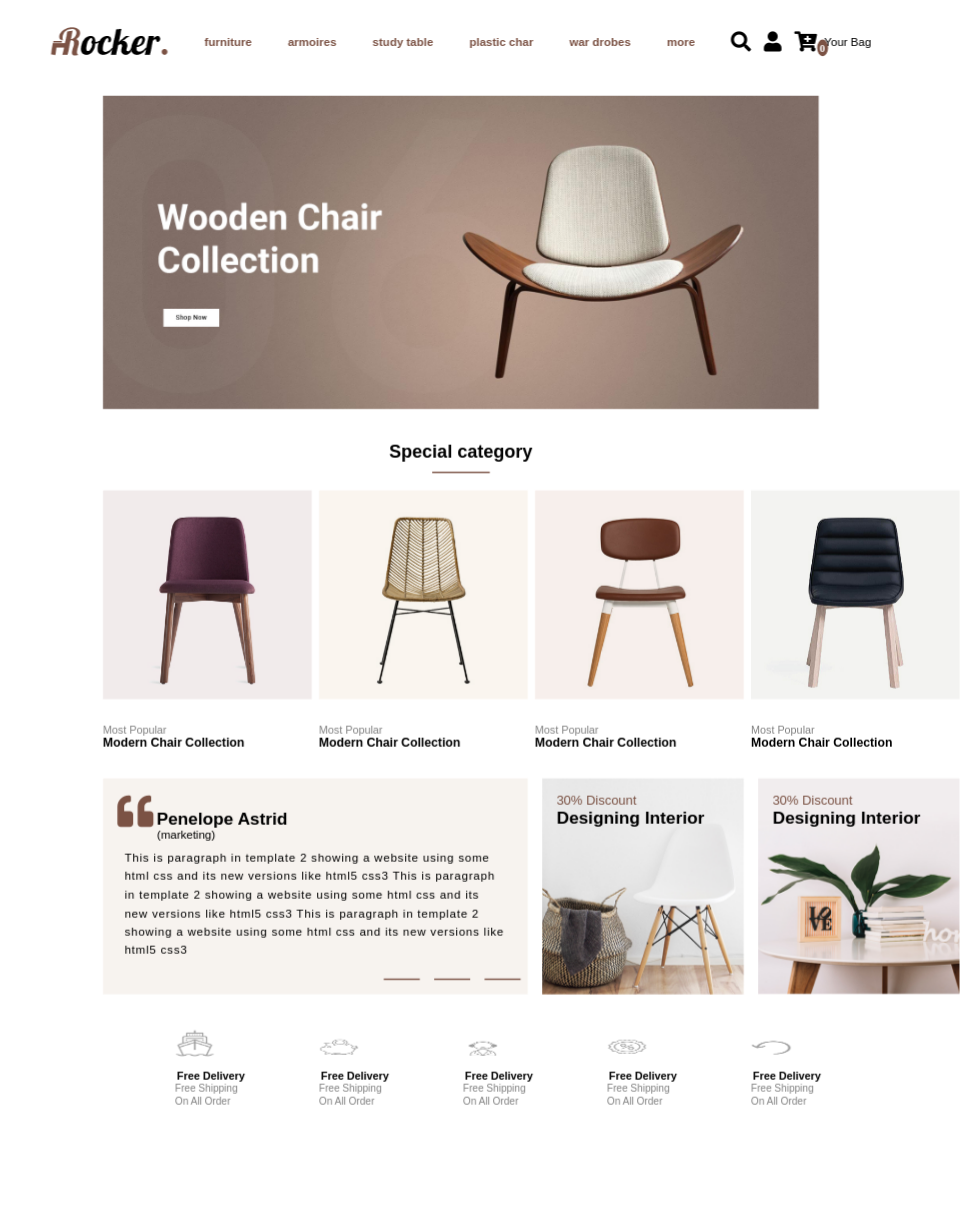
Repository: Ahmed123rezk123/p2-template
Page: index.html
These files come from the project's save history. The page is drawn as it stood at one moment and after the next save; the edit follows.
The browser window is 1280 px wide. The page is 1333 px wide, then 1343 px, so the pictures cover 1343 px, including what lies to the right of the window. The pictures show the whole page, at 72% of full size.

Above is the page before, as saved 2024-01-24 22:44:41.

### index.html
<!DOCTYPE html>
<html lang="en">
<head>
   <meta charset="UTF-8">
    <title>Project2</title>
  <link rel="stylesheet" href="css/style.css">
  <link rel="stylesheet" href="css/all.css">
</head>
<body>
    <!-- Header -->
    <header>
        <div class="container">
        <div class="logo">
            <a href="#"><img src="images/logo.png" alt="LOGO"></a>
        </div>
        <nav>
            <ul>
                <li><a href="#" class="active">furniture</a></li>
                <li><a href="#">armoires</a></li>
                <li><a href="#">study table</a></li>
                <li><a href="#">plastic char</a></li>
                <li><a href="#">war drobes</a></li>
                <li><a href="#">more</a></li>
            </ul>
            <div class="icons">
            <i class="fas fa-search"></i>
            <i class="fas fa-user"></i>
            <i class="fas fa-cart-plus i3"></i>
            </div>
        <span>Your Bag</span>
        </nav>
        </div>
    </header>
    <!-- Start Section 1 -->
    <section class="section1">
        <div class="container">
            <img src="images/main-banner-1-1600x700.jpg" alt="">
        </div>
    </section>
    <!-- End Section 1 -->
    <!-- Start Section 2 -->
    <section class="section2">
        <div class="container">
            <div class="div">
            <h2 class="specail">Special category</h2>
            <div class="line"></div>
            </div>
           <div class="parent1">
            <div class="div1">
                <img src="images/category-banner1.jpg" alt="">
                <p>Most Popular</p>
            <h3>Modern Chair Collection</h3>
            </div>
            <div class="div2">
                <img src="images/category-banner2.jpg" alt="">
                <p>Most Popular</p>
                <h3>Modern Chair Collection</h3></div>
            <div class="div3">
                <img src="images/category-banner3.jpg" alt="">
                <p>Most Popular</p>
                <h3>Modern Chair Collection</h3>
            </div>
            <div class="div4">
                <img src="images/category-banner4.jpg" alt="">
                <p>Most Popular</p>
                <h3>Modern Chair Collection</h3>
            </div>
            <div class="div5">
                <i class="fas fa-quote-left comma"></i>
                <h2>Penelope Astrid</h2>
                <span>(marketing)</span>
                <p>This is paragraph in template 2 showing a website using some html css and its new versions like html5 css3 This is paragraph in template 2 showing a website using some html css and its new versions like html5 css3 This is paragraph in template 2 showing a website using some html css and its new versions like html5 css3</p>
                <div class="child"></div>
            </div>
            <div class="div6"></div>
            <div class="div7">
                <p>30% Discount</p>
                <h2>Designing Interior</h2>
            </div>
            <div class="div8">
                <p>30% Discount</p>
                <h2>Designing Interior</h2>
            </div>
            <div class="parent2">
                <div class="div1-1">
                    <img src="images/icon1-1.png" alt="">
                    <div class="content-div1">
                    <h3>Free Delivery</h3>
                    <span>Free Shipping On All Order</span>
                </div>
                </div>
                <div class="div2-1">
                    <img src="images/icon2-1.png" alt="">
                    <div class="content-div2">
                        <h3>Free Delivery</h3>
                        <span>Free Shipping On All Order</span>
                    </div>
                </div>
                <div class="div3-1">
                    <img src="images/icon3-1.png" alt="">
                    <div class="content-div3">
                        <h3>Free Delivery</h3>
                        <span>Free Shipping On All Order</span>
                    </div>
                </div>
                <div class="div4-1">
                    <img src="images/icon4-1.png" alt="">
                    <div class="content-div4">
                        <h3>Free Delivery</h3>
                        <span>Free Shipping On All Order</span>
                    </div>
                </div>
                <div class="div5-1">
                    <img src="images/icon5-1.png" alt="">
                    <div class="content-div5">
                        <h3>Free Delivery</h3>
                        <span>Free Shipping On All Order</span>
                    </div>
                </div>
            </div>
           </div>
        </div>
    </section>
    <!-- End Section 2 -->
</body>
</html>

### css/style.css
/* Start variables */
:root {
    --maincolor: #7b5244;
    --subcolor: #333;
}
/* End variables */
/* Start Global Rules   */
* {
    -webkit-box-sizing: border-box;
    -moz-box-sizing: border-box;
    box-sizing: border-box;
   padding: 0;
   margin: 0;
}
body {
    font-family: Arial, Helvetica, sans-serif;
    perspective: 700px;
    transform-style: preserve-3d;
}
html {
    scroll-behavior: smooth;
}
ul {
    list-style: none;
}
.container {
    width: 80%;
    padding-left: 15px;
    padding-right: 15px;
    margin-left: auto;
    margin-right: auto;
}

/* Small */

@media(min-width: 768px) {
    .container {
       width: 750px;
    }
}

/* Medium */

@media(min-width: 992px) {
    .container {
        width: 970px;
    }
}

/* Large  */

@media(min-width: 1200px) {
    .container {
        width: 1170px;
    }
}
/* End Global Rules   */
/* Start Header */
header .container {
    display: flex;
    justify-content: space-between;
    align-items: center;
    position: relative;
    min-height: 97px;
 }
 header nav {
    flex: 1;
    display: flex;
    align-items: center;
    justify-content: flex-end;
}
 header nav ul {
    display: flex;

}
header nav ul li a {

    display: block;
    color: var(--maincolor);
    text-decoration: none;
    font-size: 16px;
    font-weight: bold;
    padding: 50px 0px;
    margin-right: 50px;
}

/* header nav ul li a:hover::before{
content: "";
position: absolute;
border-left: 2px solid var(--maincolor);
border-right: 2px solid var(--maincolor);
width: 60px;
height: 35px;

}  */
header nav .icons {
    font-weight: bold;
    font-size: 28px;
   word-spacing: 10px;
   margin-right: 10px;
}
header nav .icons .i3::after {
    position: absolute;
    content: "0";
    background-color: #7b5244;
    color: #fff;
    padding: 4px;
    border-radius: 50%;
    font-size: 15px;
    bottom: 40px;
    right: 75px;

}
/* End Header */


/* Start section 1 */
.section1 .container {
    width: 80%;
    position: relative;
    margin-top: 15px;
    margin-bottom: 40px;
    margin-left: auto;
    margin-right: auto;

}
.section1 .container img{
 width: 100%;
}
/* End section 1 */


/* Start Section 2 */
.section2 .container {
    width: 80%;
    position: relative;
}
.section2 .container .div {
    margin: 40px auto;
}
.section2 .container .specail {
    text-align: center;
    font-size: 25px;
}
.section2 .container .line {
 position: relative;
}
.section2 .container .line::before {
    content: "";
    position: absolute;
    width: 8%;
    height: 2px;
    background-color: var(--maincolor);
    top: 50%;
    left: 50%;
    transform: translate(-50%,-50%);
    margin: 15px 0;
    transition: .5s;
}
.section2 .container .div:hover  .line::before {
    content: "";
    position: absolute;
    width: 13%;
    height: 2px;
    background-color: var(--maincolor);
    top: 50%;
    left: 50%;
    transform: translate(-50%,-50%);
    margin: 15px 0;
}
.section2 .container .parent1 {
    width: 80%;
    display: grid;
    grid-template-columns: 200px 200px 200px 200px;
    grid-template-rows: 250px 250px;
   grid-gap: 150px 100px;
}
.section2 .container .parent1 img {
    width: 290px ;
    height: 290px;
    margin-bottom: 30px;
}
.section2 .container .parent1 p {
    color: gray;
    font-size: 15px;
}
.section2 .container .parent1 h3 {
    font-size: 17px;
}
.section2 .container .parent1 .div1,
.section2 .container .parent1 .div2,
.section2 .container .parent1 .div3,
.section2 .container .parent1 .div4 {
    position: relative;
}
.section2 .container .parent1 .div1:hover::before {
position: absolute;
content: " > ";
width: 30px;
height: 30px;
background-color: brown;
color: white;
text-align: center;
font-size: 25px;
top: 330px;
left: 260px;
}
.section2 .container .parent1 .div2:hover::before {
    position: absolute;
    content: " > ";
    width: 30px;
    height: 30px;
    background-color: brown;
    color: white;
    text-align: center;
    font-size: 25px;
    top: 330px;
    left: 260px;
}
.section2 .container .parent1 .div3:hover::before {
    position: absolute;
    content: " > ";
    width: 30px;
    height: 30px;
    background-color: brown;
    color: white;
    text-align: center;
    font-size: 25px;
    top: 330px;
    left: 260px;
    }
.section2 .container .parent1 .div4:hover::before {
    position: absolute;
    content: " > ";
    width: 30px;
    height: 30px;
    background-color: brown;
    color: white;
    text-align: center;
    font-size: 25px;
    top: 330px;
    left: 260px;
    }
    .section2 .container .parent1 .div5 {
        width: 590px;
        height: 300px;
        position: relative;
        background-color: #f7f3ef;
        padding: 20px;
        grid-column: 1 / 3;
        grid-row: 2 / 3;
    }
    .section2 .container .parent1 .div5 .comma {
       font-size: 50px;
       color: var(--maincolor);
    }
    .section2 .container .parent1 .div5 h2 {
        display: inline-flex;
    }
    .section2 .container .parent1 .div5 span {
        display: block;
        margin-left: 55px;
    }
    .section2 .container .parent1 .div5 p {
        margin: 10px;
        color: black;
        font-size: 16px;
        line-height: 1.6;
        letter-spacing: 1.1px;
    }
    .section2 .container .parent1 .div5::before {
        content: "";
        position: absolute;
        width: 50px;
        height: 2px;
        background-color: var(--maincolor);
        bottom: 20px;
        right: 10px;

    }
    .section2 .container .parent1 .div5::after {
        content: "";
        position: absolute;
        width: 50px;
        height: 2px;
        background-color: var(--maincolor);
        bottom: 20px;
        right: 80px;

    }
    .section2 .container .parent1 .div5 .child::before {
        content: "";
        position: absolute;
        width: 50px;
        height: 2px;
        background-color: var(--maincolor);
        bottom: 20px;
        right: 150px;

    }
    .section2 .container .parent1 .div7 {
        width: 280px;
        height: 300px;
        position: relative;
        background-image: url(../images/cms-banner-1.jpg);
        background-size: cover;
        margin-left: 10px;
        grid-column: 3 / 4;
        grid-row: 2 / 4;
        transition: .5s;
    }

    .section2 .container .parent1 .div8 {
        width: 280px;
        height: 300px;
        position: relative;
        background-image: url(../images/cms-banner-2.jpg);
        background-size: cover;
        margin-left: 10px;
        grid-column: 4 / 5;
        grid-row: 2 / 5;
        transition: .5s;
    }
    .section2 .container .parent1 .div7 p,
    .section2 .container .parent1 .div8 p {
        padding-left: 20px;
        padding-top: 20px;
        font-size: 18px;
        color: var(--maincolor);
    }
    .section2 .container .parent1 .div7 h2,
    .section2 .container .parent1 .div8 h2 {
        padding-left: 20px;
    }
    .section2 .container .parent1 .div7:hover,
    .section2 .container .parent1 .div8:hover
    {
        /* width: 280px;
        height: 300px; */
        transform: scale( 1.1 , 1.1 );
    }
    .section2 .container .parent1 .parent2 {
        position: relative;
        display: flex;
        justify-content: space-between;
        margin-top: -50px;
        margin-left: -200px;
    }

    .section2 .container .parent1 .parent2 .div1-1,
    .section2 .container .parent1 .parent2 .div2-1,
    .section2 .container .parent1 .parent2 .div3-1,
    .section2 .container .parent1 .parent2 .div4-1,
    .section2 .container .parent1 .parent2 .div5-1 {
        margin-right: 100px;
     }
    .section2 .container .parent1 .parent2 .div1-1 .content-div1 ,
    .section2 .container .parent1 .parent2 .div2-1 .content-div2 ,
    .section2 .container .parent1 .parent2 .div3-1 .content-div3 ,
    .section2 .container .parent1 .parent2 .div4-1 .content-div4 ,
    .section2 .container .parent1 .parent2 .div5-1 .content-div5   {
        width: 100px;

         margin-top: -30px;


    }

    .section2 .container .parent1 .parent2 .div1-1 h3,
    .section2 .container .parent1 .parent2 .div2-1 h3,
    .section2 .container .parent1 .parent2 .div3-1 h3,
    .section2 .container .parent1 .parent2 .div4-1 h3,
    .section2 .container .parent1 .parent2 .div5-1 h3 {
        font-size: 15px;
        text-align: center;
    }
    .section2 .container .parent1 .parent2 .div1-1 span ,
    .section2 .container .parent1 .parent2 .div2-1 span ,
    .section2 .container .parent1 .parent2 .div3-1 span  ,
    .section2 .container .parent1 .parent2 .div4-1 span ,
    .section2 .container .parent1 .parent2 .div5-1 span  {

        color: gray;
        font-size: 14px;
    }
    .section2 .container .parent1 .parent2 img {


        width: 55px;
        height: 50px;
    }

/* End Section 2 */

Loaded but not shown: css/all.css (library)

After the next save:
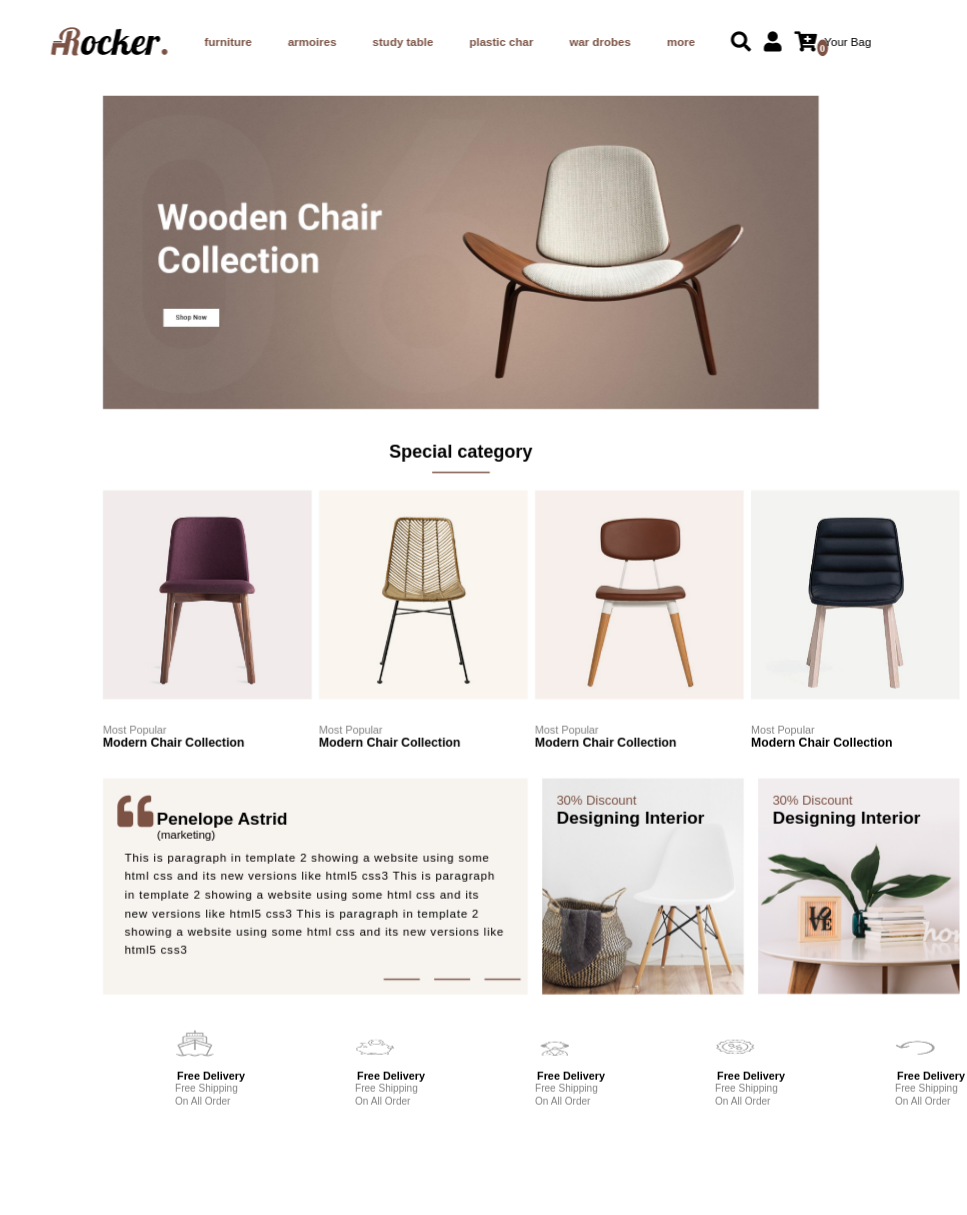
Saved 8 s later.
--- a/css/style.css
+++ b/css/style.css
@@ -352,7 +352,7 @@ left: 260px;
     .section2 .container .parent1 .parent2 .div3-1,
     .section2 .container .parent1 .parent2 .div4-1,
     .section2 .container .parent1 .parent2 .div5-1 {
-        margin-right: 100px;
+        margin-right: 150px;
      }
     .section2 .container .parent1 .parent2 .div1-1 .content-div1 ,
     .section2 .container .parent1 .parent2 .div2-1 .content-div2 ,
